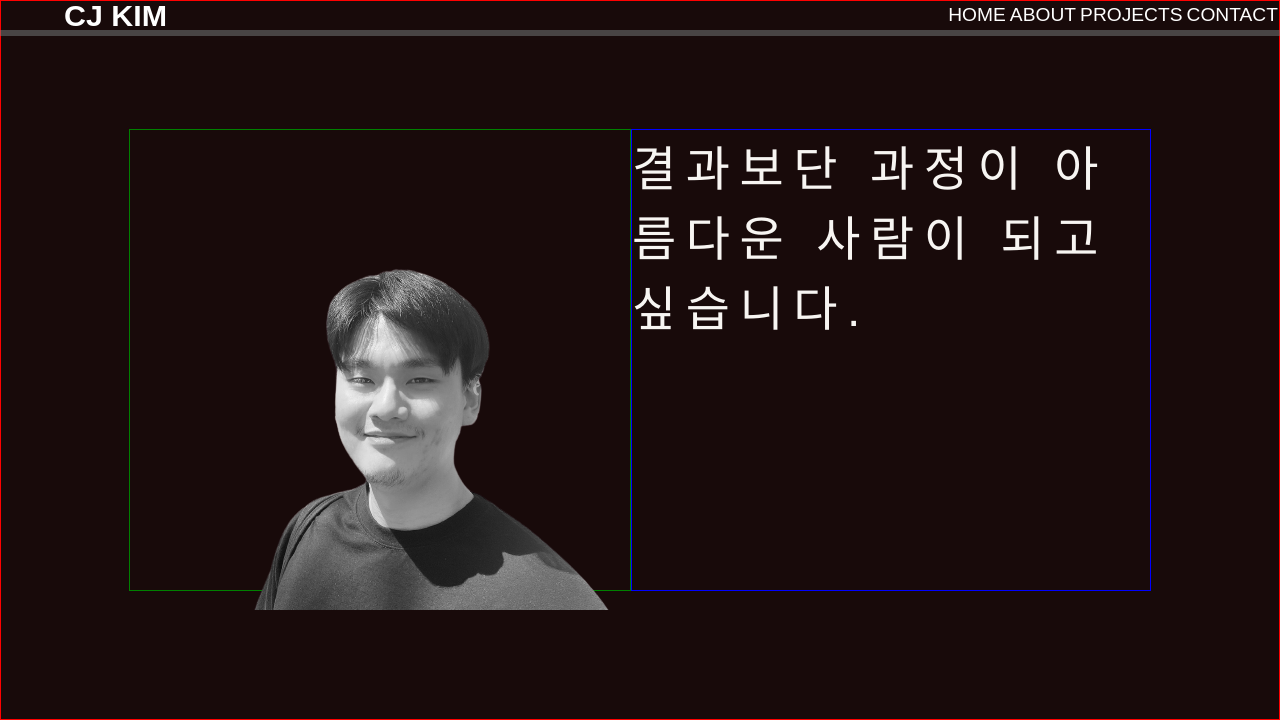
Repository: rlatlswo135/port
Page: /about
The author's editor kept a copy of each file at every save. The page is drawn from the files as they stood at one save, then again after the next save.
The browser window is 1280 px wide. The pictures show the whole page.
The project was rebuilt for these pictures with package versions that can differ from the ones it lists, and the page was loaded fresh each time. Also part of the build but not shown: src/App.css, src/Pages/Start.jsx, src/Pages/Home.jsx, src/Pages/Contact.jsx, src/Components/Project.jsx, src/Pages/Port.jsx, src/Components/ProjectDetail.jsx.

Above is the page before, as saved 2022-04-07 03:25:01.

After the next save:
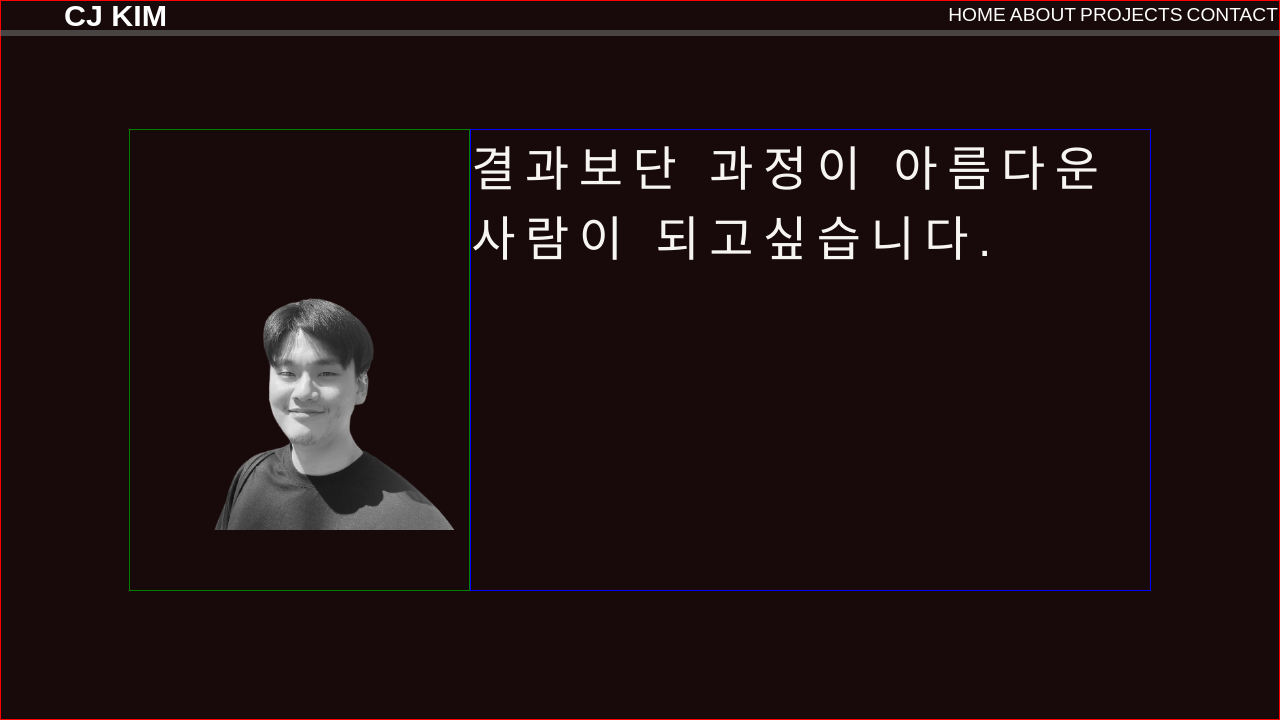
Saved 25 s later.
--- a/src/Pages/About.jsx
+++ b/src/Pages/About.jsx
@@ -22,7 +22,6 @@ const Img = styled.div`
     display: flex;
     justify-content: center;
     align-items: center;
-    background-size:cover;
 `
 const Text = styled.div`
     flex:2;
@@ -39,7 +38,7 @@ const About = () => {
             <Nav />
             <AboutBox>
                 <Img>
-                    <img src={profile3}></img>
+                    <img src={profile3} style={{width:'100%'}}></img>
                 </Img>
                 <Text>
                     <TextContent>결과보단 과정이 아름다운 사람이 되고싶습니다.</TextContent>
